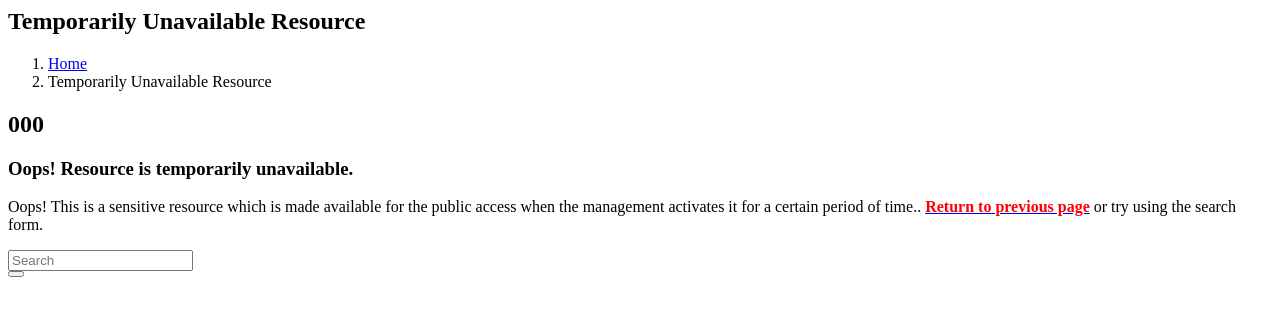
Repository: sanjeev167/IndiaOnLineVoting_3112020
Page: http://localhost/IndiaOnLineVoting/WEB-INF/jsp/resultNotPublished.jsp
An editor plug-in stored every save of this project. The page is shown before and after the next save, followed by the edit.
The browser window is 1280 px wide. The pictures show the whole page.
The page is served by Tomcat 9. Nobody is signed in. Other server files are loaded and not shown. The template is opened directly, without the code that normally fills it, so the values that code supplies are empty.

Above is the page before, as saved 2020-11-10 16:46:37.

### IndiaOnLineVoting/src/main/webapp/WEB-INF/jsp/resultNotPublished.jsp
<html>
<head>
<meta charset="utf-8">
<meta http-equiv="X-UA-Compatible" content="IE=edge">
<head>
<title>IndiaOnLineVoting | 401 Page not found</title>
</head>
<body>
	<section class="content-header">
	   <h1>
       Temporarily Unavailable Resource
      </h1>
		<ol class="breadcrumb">
			<li><a href="#"><i class="fa fa-dashboard"></i> Home</a></li>

			<li class="active"> Temporarily Unavailable Resource</li>
		</ol>
	</section>

	<!-- Main content -->
	<section class="content">

		<div class="error-page">
			<h2 class="headline text-red">000 </h2>

			<div class="error-content">
				<h3>
					<i class="fa fa-warning text-red"></i><strong> Oops! Resource is temporarily unavailable.</strong>
				</h3>

				<p>
					 Oops! This is a sensitive resource which is made available for the public access when the management activates it for a certain period of time.. <a href="#"
						onclick="javascript:history.go(-1)"><strong style="color: red">Return
								to previous page</strong></a> or try using the search form.

				</p>

				<form class="search-form">
					<div class="input-group">
						<input type="text" name="search" class="form-control"
							placeholder="Search">

						<div class="input-group-btn">
							<button type="submit" name="submit"
								class="btn btn-danger btn-flat">
								<i class="fa fa-search"></i>
							</button>
						</div>
					</div>
					<!-- /.input-group -->
				</form>
			</div>
		</div>
		<!-- /.error-page -->

	</section>
	<!-- /.content -->
</body>
</html>

After the next save:
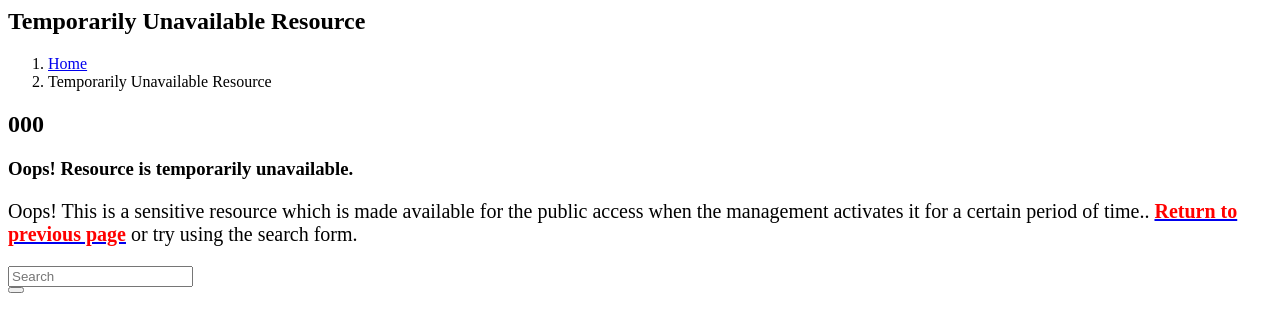
Saved 24 s later.
--- a/IndiaOnLineVoting/src/main/webapp/WEB-INF/jsp/resultNotPublished.jsp
+++ b/IndiaOnLineVoting/src/main/webapp/WEB-INF/jsp/resultNotPublished.jsp
@@ -28,7 +28,7 @@
 					<i class="fa fa-warning text-red"></i><strong> Oops! Resource is temporarily unavailable.</strong>
 				</h3>
 
-				<p>
+				<p style="font-size: 20px;">
 					 Oops! This is a sensitive resource which is made available for the public access when the management activates it for a certain period of time.. <a href="#"
 						onclick="javascript:history.go(-1)"><strong style="color: red">Return
 								to previous page</strong></a> or try using the search form.
